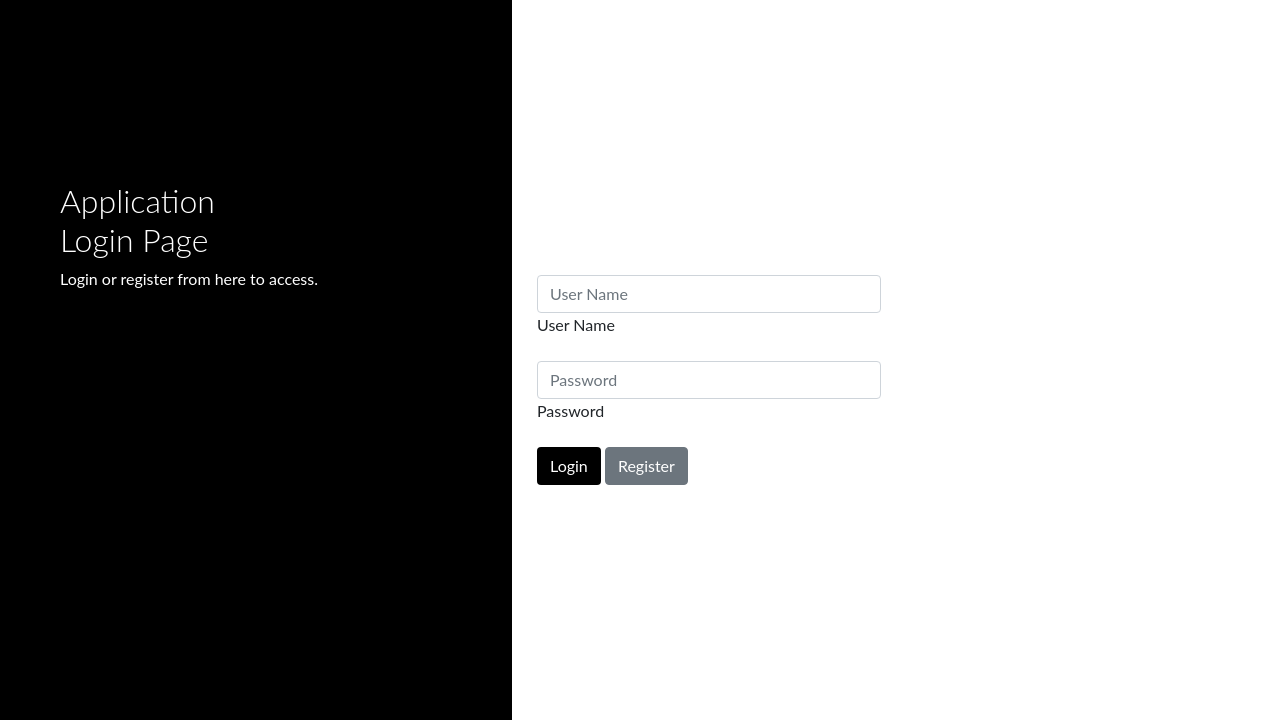
Repository: cheez0909/JSP
Page: http://localhost/1103/session/EX/Login.jsp
These files come from the project's save history. The page is drawn as it stood at one moment and after the next save; the edit follows.
The browser window is 1280 px wide. The pictures show the whole page.
Some web libraries are served in a nearby version. The page is served by Tomcat 9.

Above is the page before, as saved 2023-11-09 01:17:50.
Console error: TypeError: Cannot read properties of undefined (reading 'fn')

After the next save:
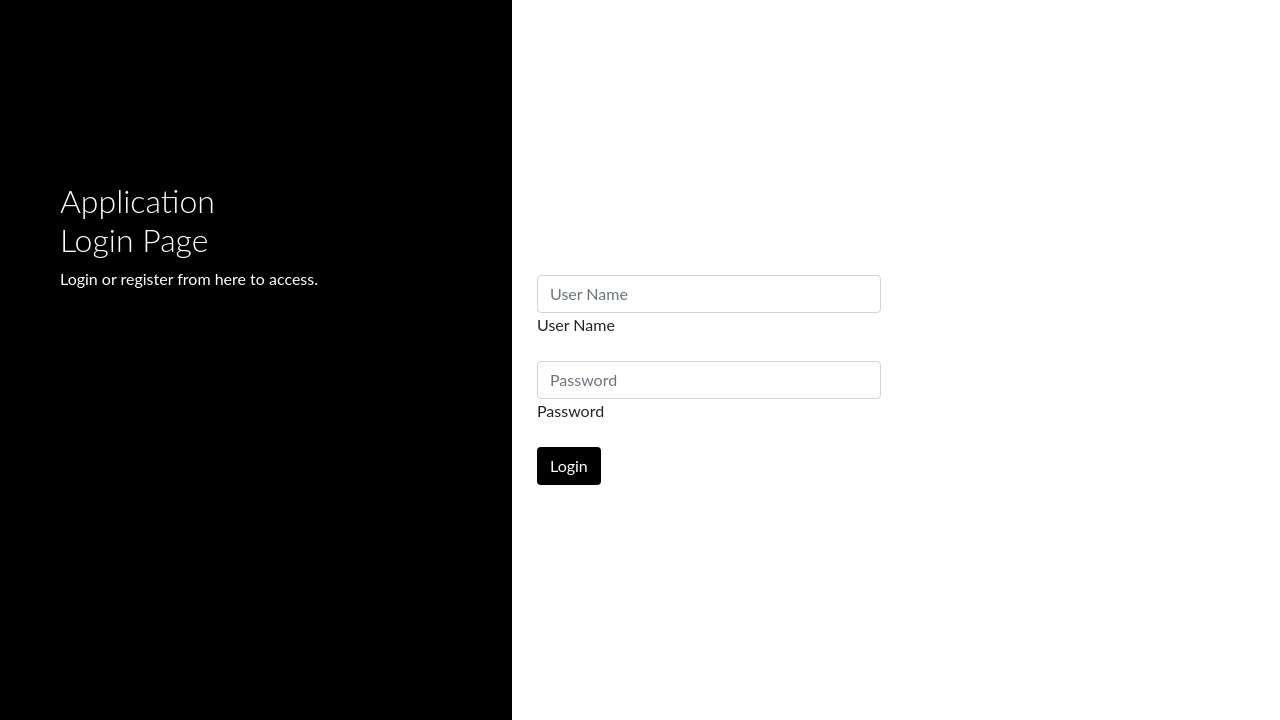
Saved 32 s later.
--- a/1103/src/main/webapp/session/EX/Login.jsp
+++ b/1103/src/main/webapp/session/EX/Login.jsp
@@ -54,7 +54,7 @@ body {font-family: "Lato", sans-serif;}
 				</div>
 
 				<button type="submit" class="btn btn-black">Login</button>
-				<button type="submit" class="btn btn-secondary">Register</button>
+
 			</form>
 		</div>
 	</div>
